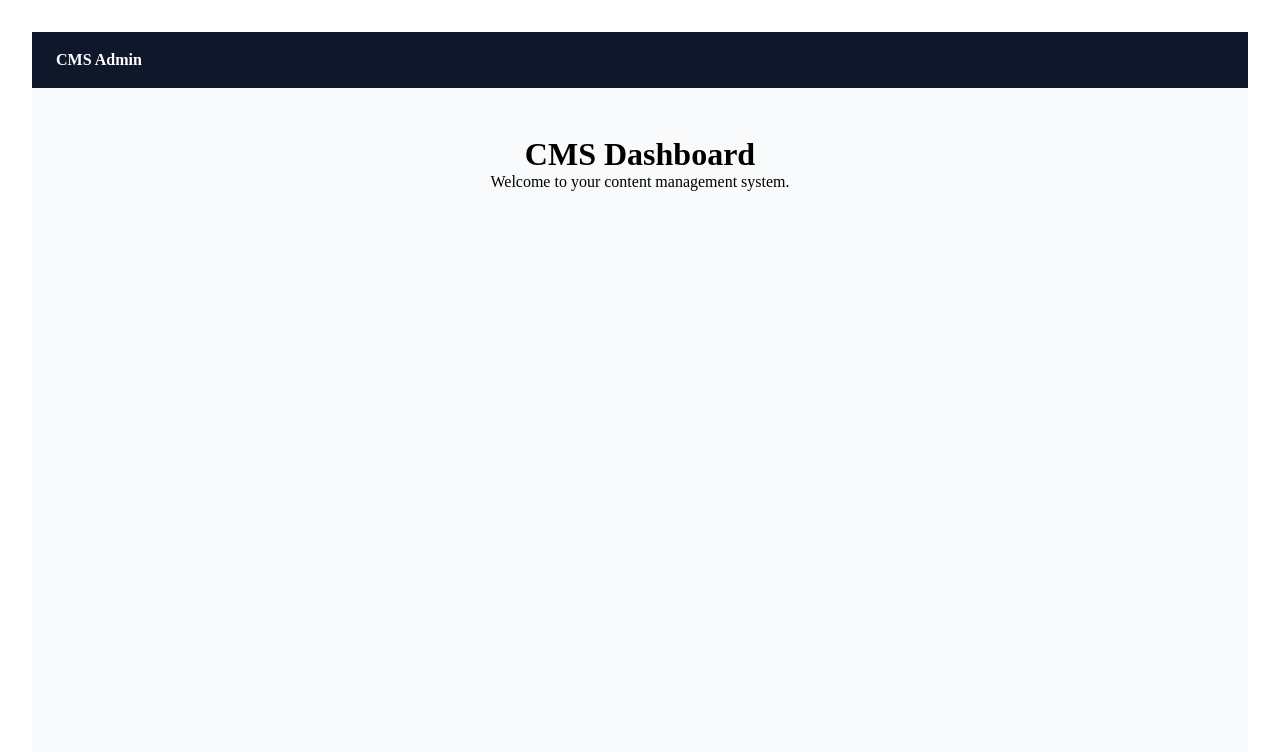
Repository: rajendratamang/react-dashboard
Page: /posts
An editor plug-in stored every save of this project. The page is shown before and after the next save, followed by the edit.
The browser window is 1280 px wide. The pictures show the whole page.
The project was rebuilt for these pictures with package versions that can differ from the ones it lists, and the page was loaded fresh each time. Also part of the build but not shown: vite.config.ts.

Above is the page before, as saved 2026-01-16 20:14:35.

### src/index.css
* {
  margin: 0;
  padding: 0;
  box-sizing: border-box;
}

html, body, #root {
  height: 100%;
  width: 100%;
}

### src/App.tsx
import { useState } from 'react'
import './App.css'
import Dashboard from './pages/Dashboard'
import MainLayout from './layouts/MainLayout'

function App() {


  return (
    <MainLayout>
      <Dashboard />
    </MainLayout>
  )
}

export default App

### src/pages/Dashboard.tsx
export default function Dashboard() {
  return (
    <div style={{ padding: "24px" }}>
      <h1>CMS Dashboard</h1>
      <p>Welcome to your content management system.</p>
    </div>
  );
}

### src/layouts/MainLayout.tsx
import { ReactNode } from "react";

type MainLayoutProps = {
  children: ReactNode;
};

export default function MainLayout({ children }: MainLayoutProps) {
  return (
    <div
      style={{
        minHeight: "100vh",
        width: "100%",
        display: "flex",
        flexDirection: "column"
      }}
    >
      <header
        style={{
          height: "56px",
          padding: "0 24px",
          background: "#0f172a",
          color: "#ffffff",
          display: "flex",
          alignItems: "center",
          fontWeight: 600
        }}
      >
        CMS Admin
      </header>

      <main
        style={{
          flex: 1,
          background: "#f8fafc",
          padding: "24px"
        }}
      >
        {children}
      </main>
    </div>
  );
}

Loaded but not shown: index.html (common file); src/main.tsx (common file); src/App.css (common file)

After the next save:
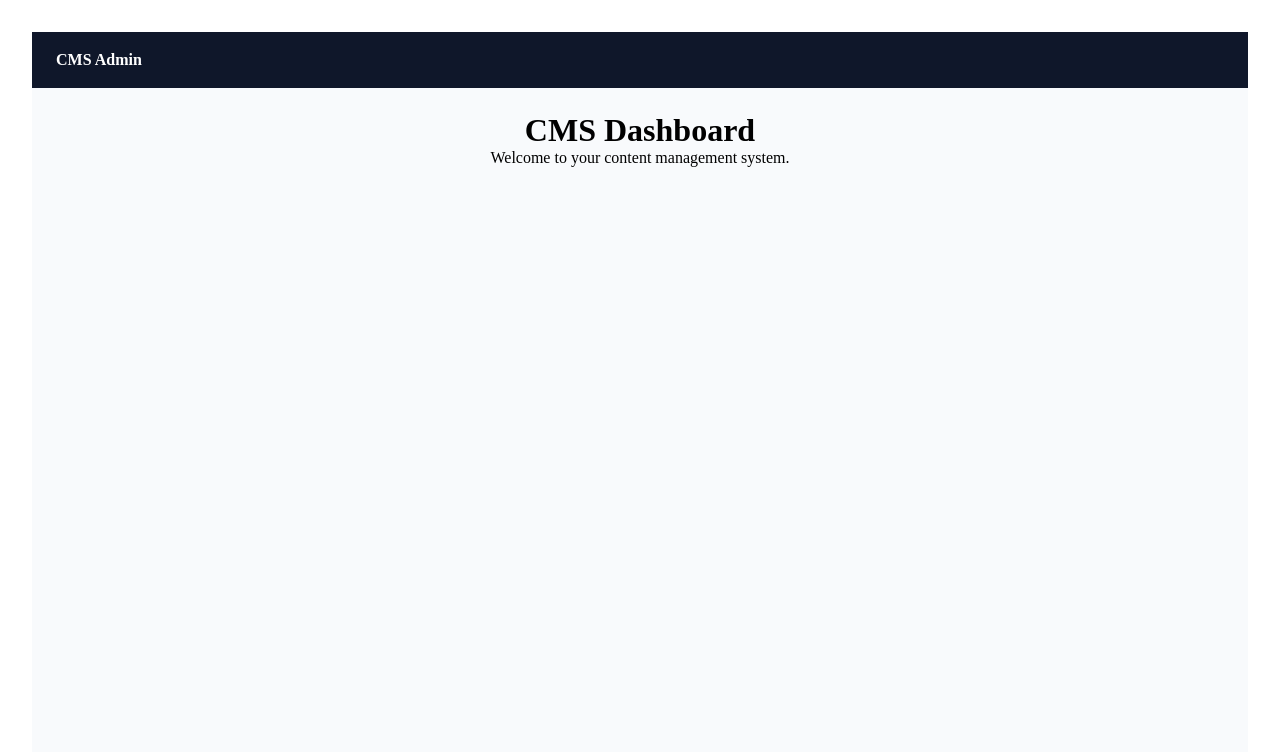
Saved 13 s later.
--- a/src/pages/Dashboard.tsx
+++ b/src/pages/Dashboard.tsx
@@ -1,6 +1,6 @@
 export default function Dashboard() {
   return (
-    <div style={{ padding: "24px" }}>
+    <div>
       <h1>CMS Dashboard</h1>
       <p>Welcome to your content management system.</p>
     </div>
